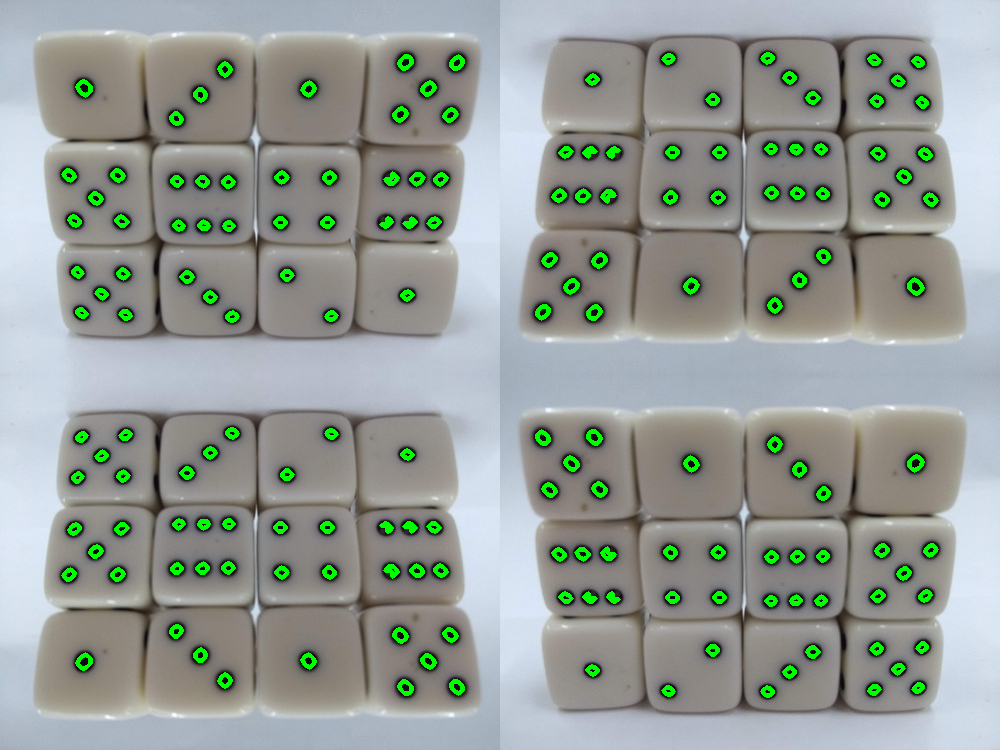
Repository: kaiofbgarcia/OpenCV
Script's output: python Dados/dadosPilha2.py
An editor plug-in stored every save of this project. The script's output is shown before and after the next save, followed by the edit.
Random numbers start from a fixed seed. It also reads Dados/imgDados/dadosPilha2.jpg.

Above is the script's output before, as saved 2022-07-01 17:51:09.

After the next save:
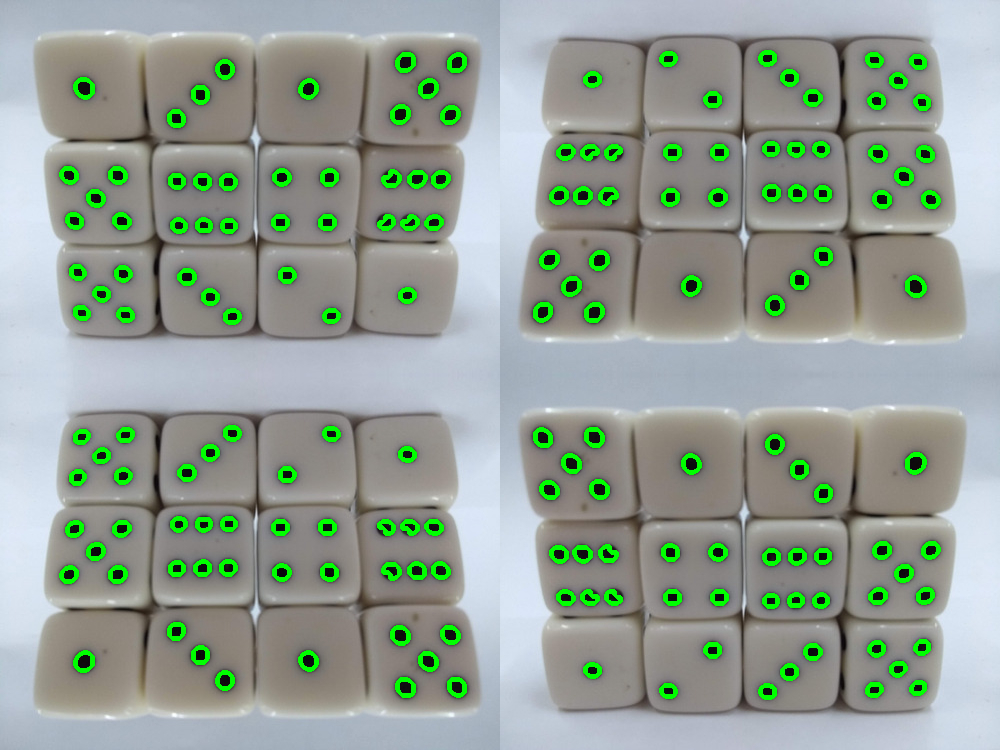
Saved 11 s later.
--- a/Dados/dadosPilha2.py
+++ b/Dados/dadosPilha2.py
@@ -15,7 +15,7 @@ kernel = np.ones((5,5), np.uint8)                   # Erosão
 erosion = cv2.erode(binary1, kernel, iterations=1)  # Erosão
 dilation = cv2.dilate(erosion, kernel, iterations=1)
 
-contours, hierarchy = cv2.findContours(erosion, cv2.RETR_TREE, cv2.CHAIN_APPROX_SIMPLE) # Procura os Objetos
+contours, hierarchy = cv2.findContours(dilation, cv2.RETR_TREE, cv2.CHAIN_APPROX_SIMPLE) # Procura os Objetos
 cont = len(contours)                                                                     # Conta os Objetos
 
 cv2.drawContours(imagem, contours, -1, (0,255,0), 3)
